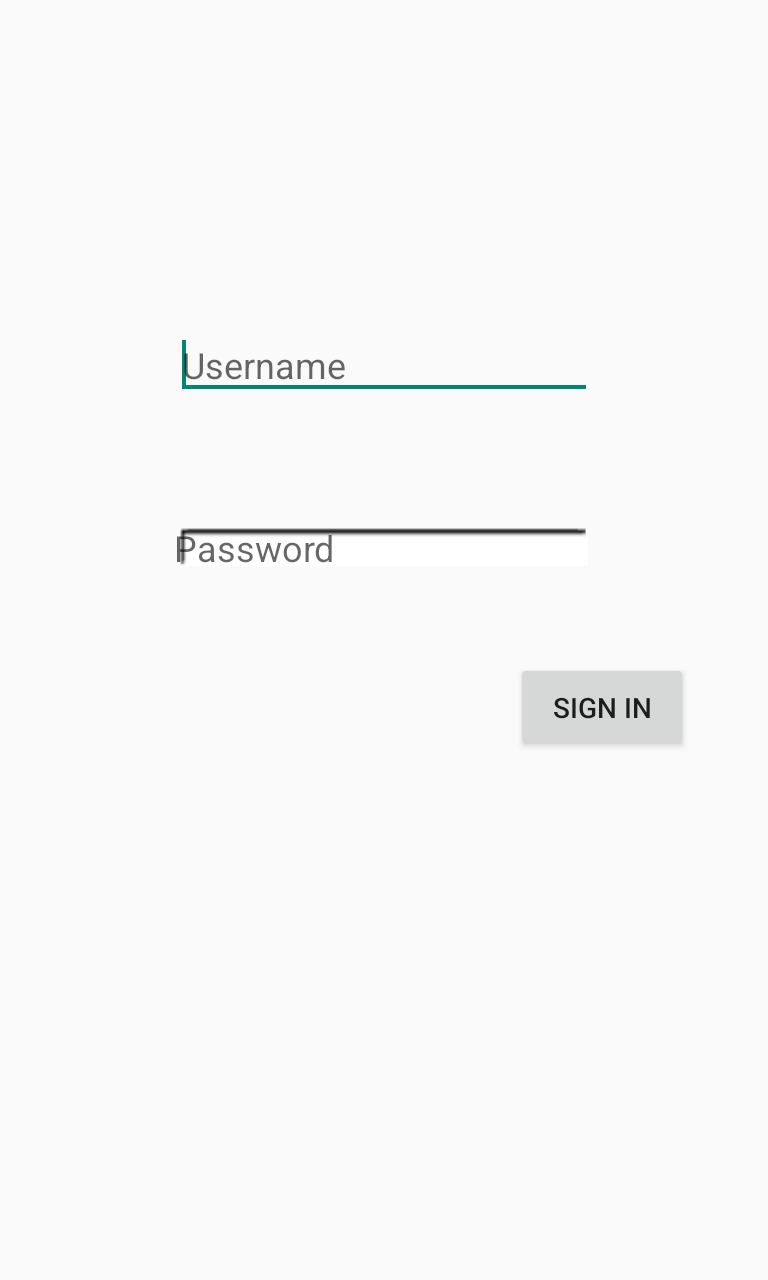
Repository: LogInc/oscar_app
Layout: Android/Oscar/res/layout/activity_login.xml
An editor plug-in stored every save of this project. The layout is shown before and after the next save, followed by the edit.
It is drawn on a 768 x 1280 px phone screen (xhdpi) without system bars, with theme AppTheme; the app's code is not run.

Above is the layout before, as saved 2015-03-05 09:44:56.

After the next save:
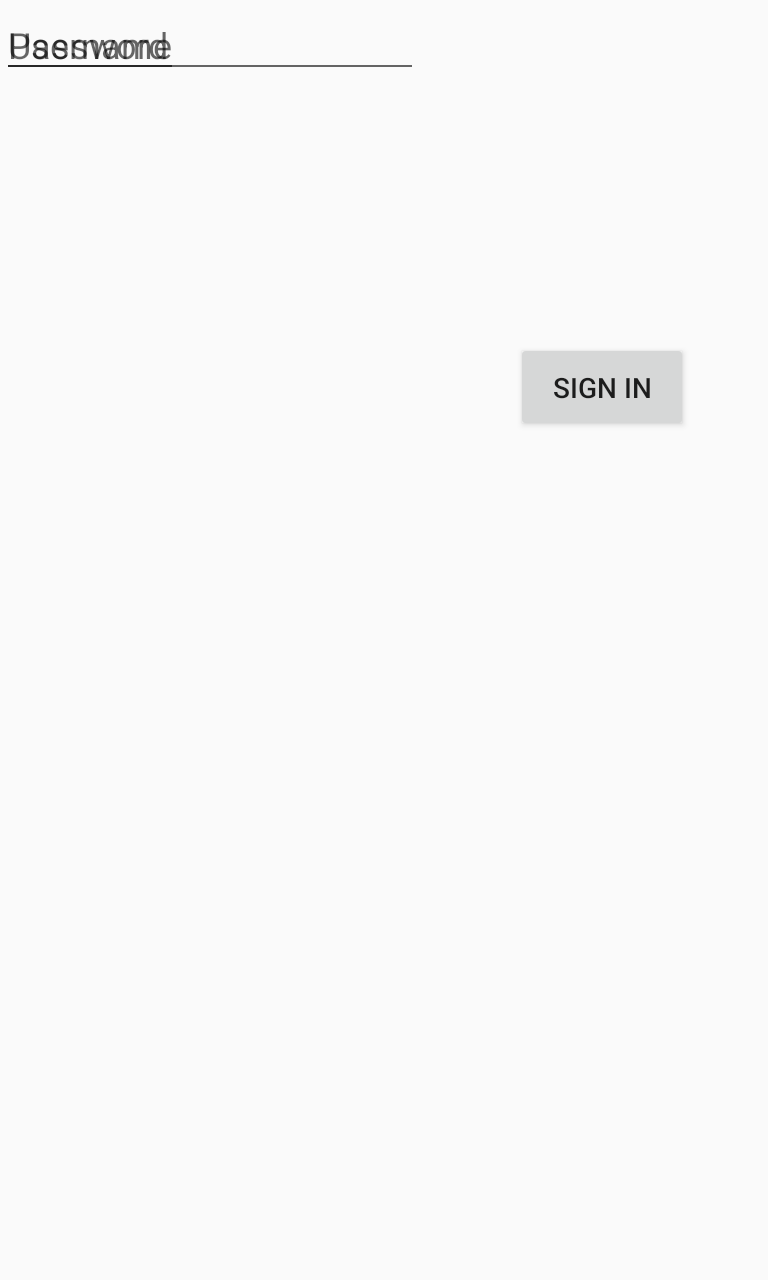
Saved 6 min 22 s later.
--- a/Android/Oscar/res/layout/activity_login.xml
+++ b/Android/Oscar/res/layout/activity_login.xml
@@ -18,10 +18,10 @@
         android:id="@+id/password"
         android:layout_width="wrap_content"
         android:layout_height="wrap_content"
-        android:layout_alignLeft="@+id/username"
-        android:layout_below="@+id/username"
-        android:layout_marginTop="60dp"
-        android:background="@drawable/signup"
+
+
+
+
         android:ems="10"
         android:hint="@string/Password" />
 
@@ -29,13 +29,15 @@
         android:id="@+id/username"
         android:layout_width="wrap_content"
         android:layout_height="wrap_content"
-        android:layout_alignParentTop="true"
-        android:layout_centerHorizontal="true"
-        android:layout_marginTop="160dp"
-        android:ems="10"
-        android:hint="@string/Username" >
+        android:hint="@string/Username" />
 
-        <requestFocus />
-    </EditText>
+    <ImageView
+        android:id="@+id/imageView1"
+        android:layout_width="wrap_content"
+        android:layout_height="wrap_content"
+        android:layout_alignBottom="@+id/username"
+        android:layout_alignLeft="@+id/username"
+        android:layout_marginBottom="62dp"
+        android:src="@drawable/signup" />
 
 </RelativeLayout>
